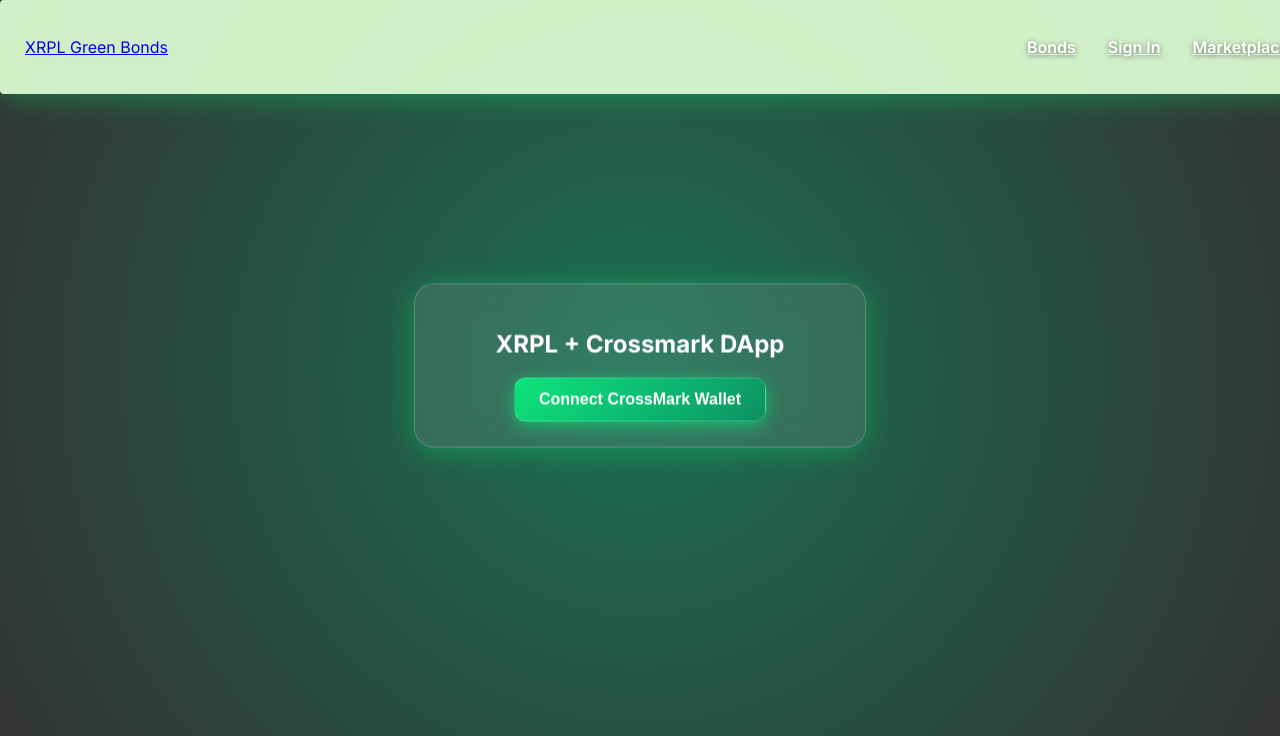
Repository: pbryzek/hackathon-xrpl
Page: / (app in frontend/)
An editor plug-in stored every save of this project. The page is shown before and after the next save, followed by the edit.
The browser window is 1280 px wide. The pictures show the whole page.
The page's requests for data from a server got no answer. The project was rebuilt for these pictures with package versions that can differ from the ones it lists, and the page was loaded fresh each time. No one was signed in, and anything a server would have sent is missing. Also part of the build but not shown: frontend/vite.config.ts, frontend/src/services/bondService.ts, frontend/src/pages/BondSelection.tsx, frontend/src/lib/utils.ts, frontend/src/components/ui/button.tsx, frontend/src/components/ui/input.tsx, frontend/src/components/ui/label.tsx, frontend/src/components/ui/tabs.tsx and 15 more.

Above is the page before, as saved 2025-03-15 11:47:58.

After the next save:
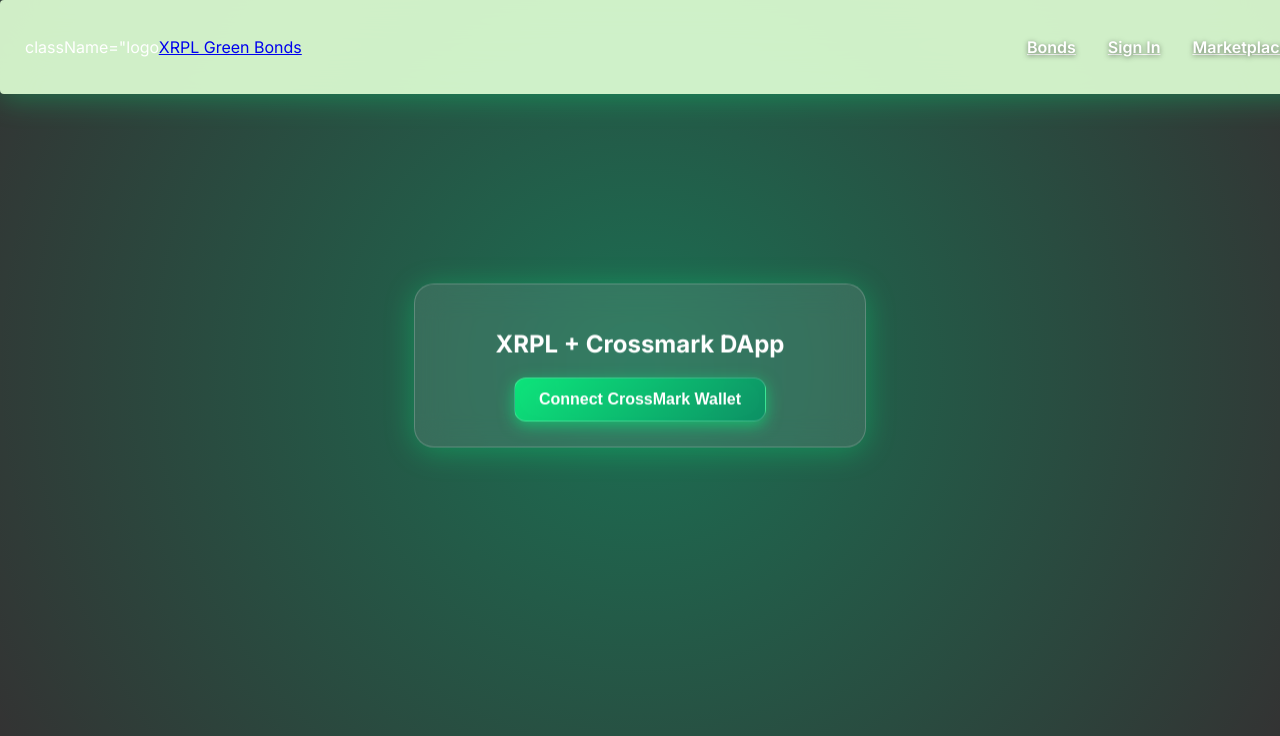
Saved 2 min 15 s later.
--- a/frontend/src/components/ui/header.tsx
+++ b/frontend/src/components/ui/header.tsx
@@ -6,9 +6,11 @@
     <header className="header">
       <div className="container mx-auto flex justify-between items-center px-6">
         {/* ✅ Logo */}
-        <Link to="/" className="text-2xl font-extrabold text-primary tracking-wider">
-          XRPL Green Bonds
-        </Link>
+          <div> className="logo
+            <Link to="/" className="text-2xl font-extrabold text-primary tracking-wider">
+            XRPL Green Bonds
+            </Link>
+          </div>
 
         {/* ✅ Navigation Links */}
         <div className="links">
